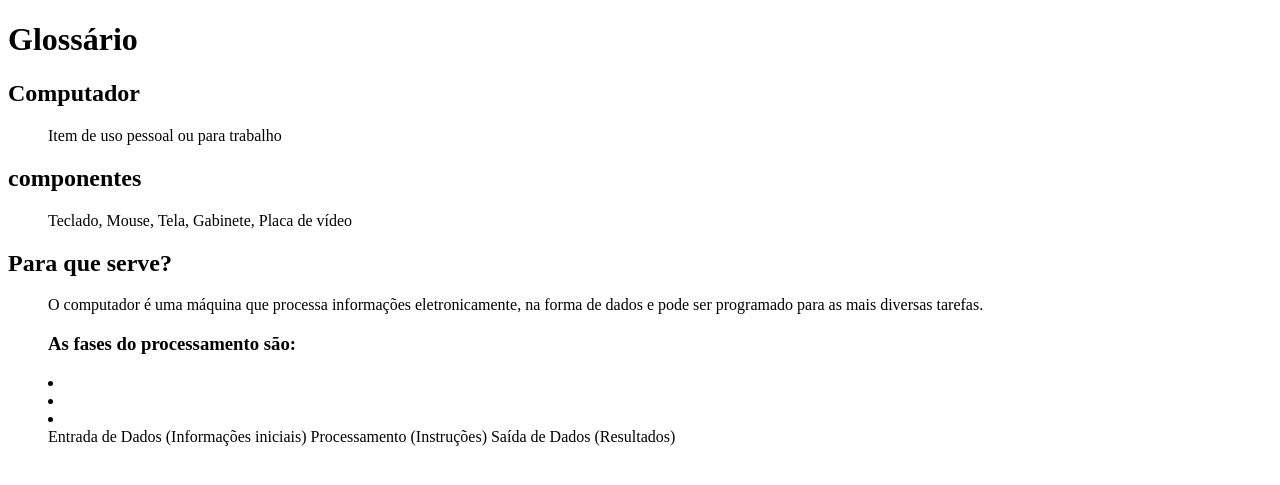
Repository: RenatoCCS/Mais1Code
Page: Rocketseat/Fundamentar/01 - O guia estelar de HTML/Desafios/1_Glossario/glossary.html
An editor plug-in stored every save of this project. The page is shown before and after the next save, followed by the edit.
The browser window is 1280 px wide. The pictures show the whole page.

Above is the page before, as saved 2022-04-18 20:49:57.

### Rocketseat/Fundamentar/01 - O guia estelar de HTML/Desafios/1_Glossario/glossary.html
<!DOCTYPE html>
<html lang="pt-br">
<head>
    <meta charset="UTF-8">
    <meta http-equiv="X-UA-Compatible" content="IE=edge">
    <meta name="viewport" content="width=device-width, initial-scale=1.0">
    <title>Glossário</title>
</head>
<body>

    <h1>Glossário</h1>
<dl>
    <h2><dt>Computador</dt></h2>
    <dd>Item de uso pessoal ou para trabalho</dd>

    <h2><dt>componentes</dt></h2>
    <dd>Teclado, Mouse, Tela, Gabinete, Placa de vídeo</dd>

<h2><dt>Para que serve?</dt></h2>
<dd><p>O computador é uma máquina que processa informações eletronicamente, na forma de dados e pode ser programado para as mais diversas tarefas.

    <h3>As fases do processamento são:</h3>

    <li></li>
    <li></li>
    <li></li>Entrada de Dados (Informações iniciais)

    Processamento (Instruções)

    Saída de Dados (Resultados)</p></dd>


</dl>



</body>
</html>

After the next save:
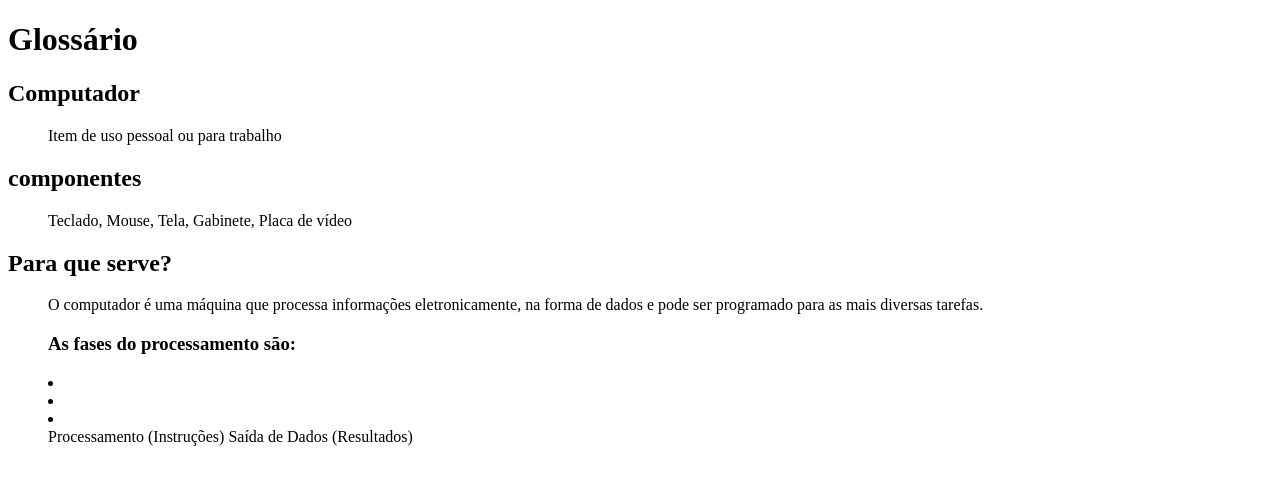
Saved 7 s later.
--- a/Rocketseat/Fundamentar/01 - O guia estelar de HTML/Desafios/1_Glossario/glossary.html
+++ b/Rocketseat/Fundamentar/01 - O guia estelar de HTML/Desafios/1_Glossario/glossary.html
@@ -23,7 +23,7 @@
 
     <li></li>
     <li></li>
-    <li></li>Entrada de Dados (Informações iniciais)
+    <li></li>
 
     Processamento (Instruções)
 
